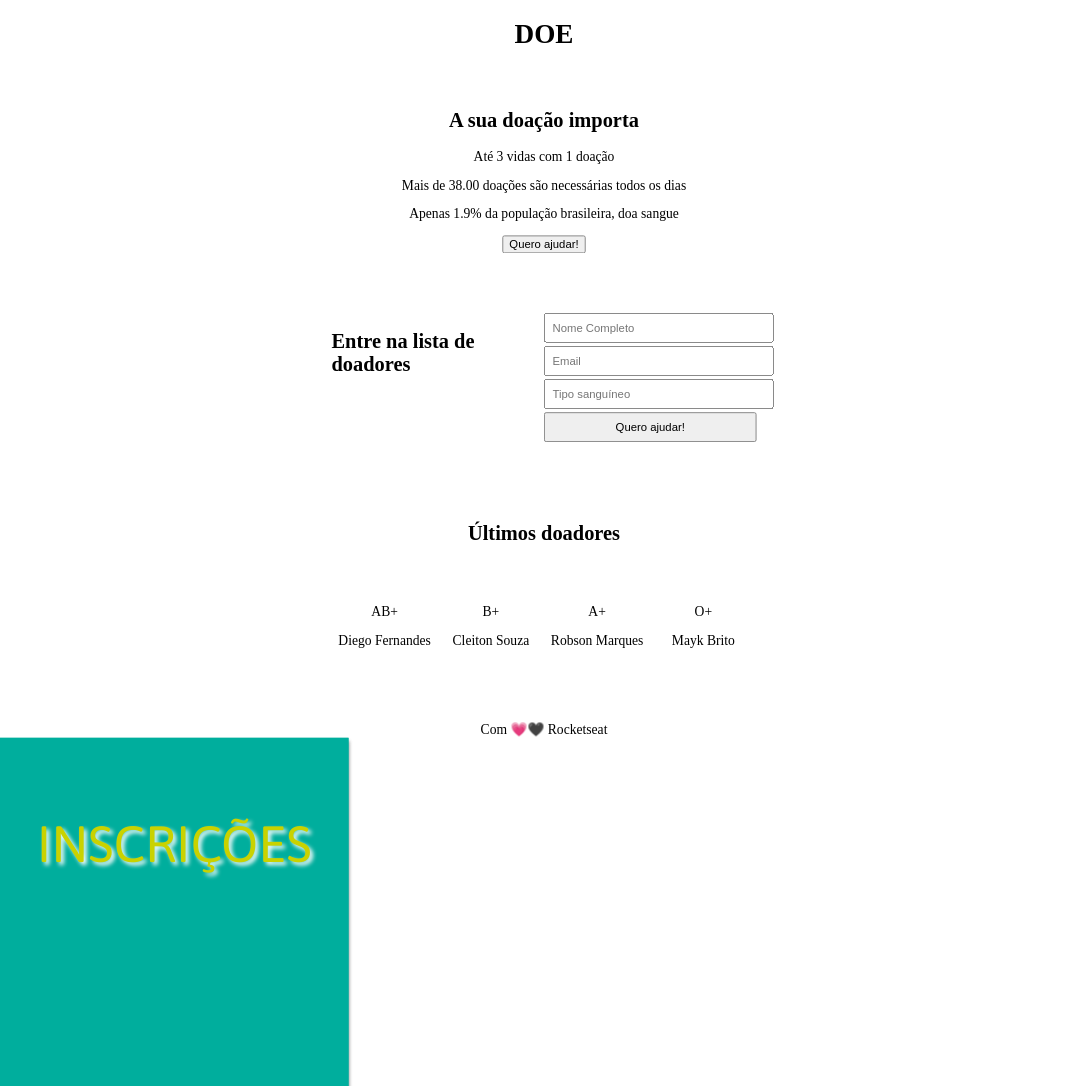
Repository: lucas-silva-dev/Doe
Page: index.html
These files come from the project's save history. The page is drawn as it stood at one moment and after the next save; the edit follows.
The browser window is 1280 px wide. The pictures show the whole page, at 85% of full size.
Some web fonts or font styles are not loaded; a fallback is used.

Above is the page before, as saved 2020-02-18 14:34:47.

After the next save:
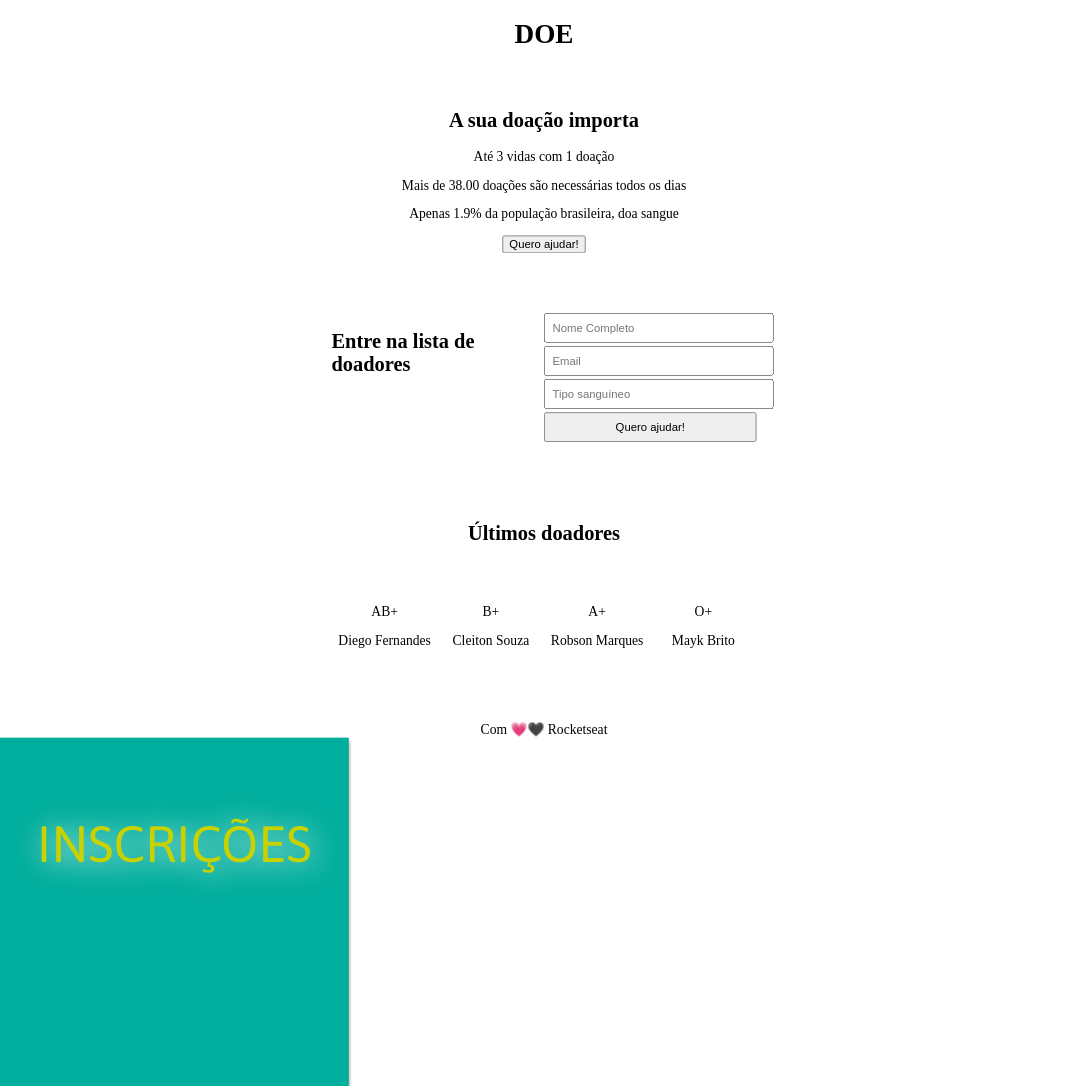
Saved 7 s later.
--- a/style.css
+++ b/style.css
@@ -73,5 +73,5 @@ div.cred {
   color: #c9d200;
   mix-blend-mode: normal;
   border: 30px solid #00ae9d;
-  text-shadow: 3.5px 4px 5px #ffffff;
+  text-shadow: 3.5px 4px 35px #ffffff;
 }
